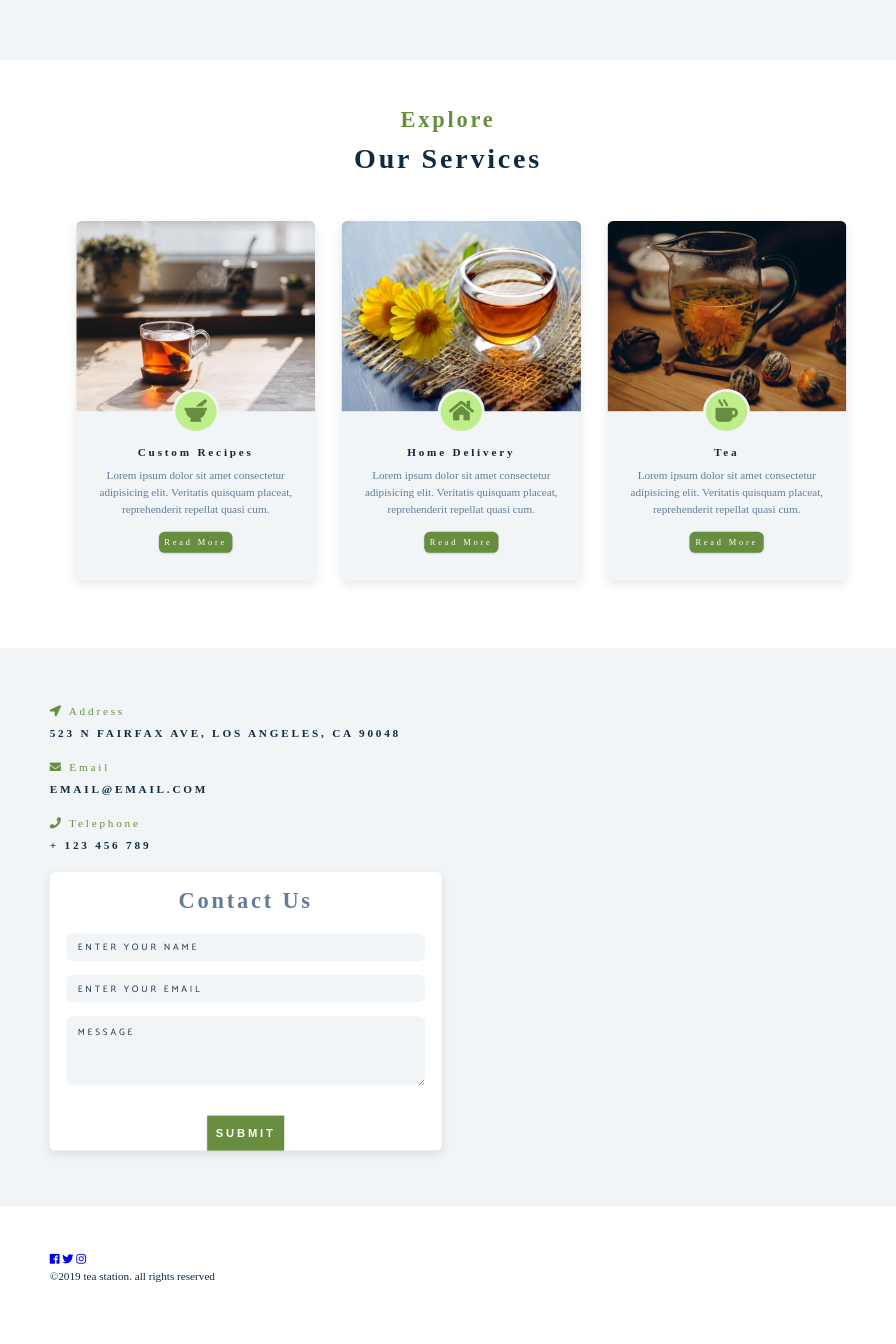
Repository: Ndifoinhilary/building_tea_site
Page: index.html
These files come from the project's save history. The page is drawn as it stood at one moment and after the next save; the edit follows.
The browser window is 1280 px wide. The pictures show the part of the page from y = 2104 to 4024 px (the page is 4024 px tall), at 70% of full size.
Backgrounds fixed to the window are drawn as part of the page. Some web fonts or font styles are not loaded; a fallback is used.

Above is the page before, as saved 2024-01-06 17:16:05.

After the next save:
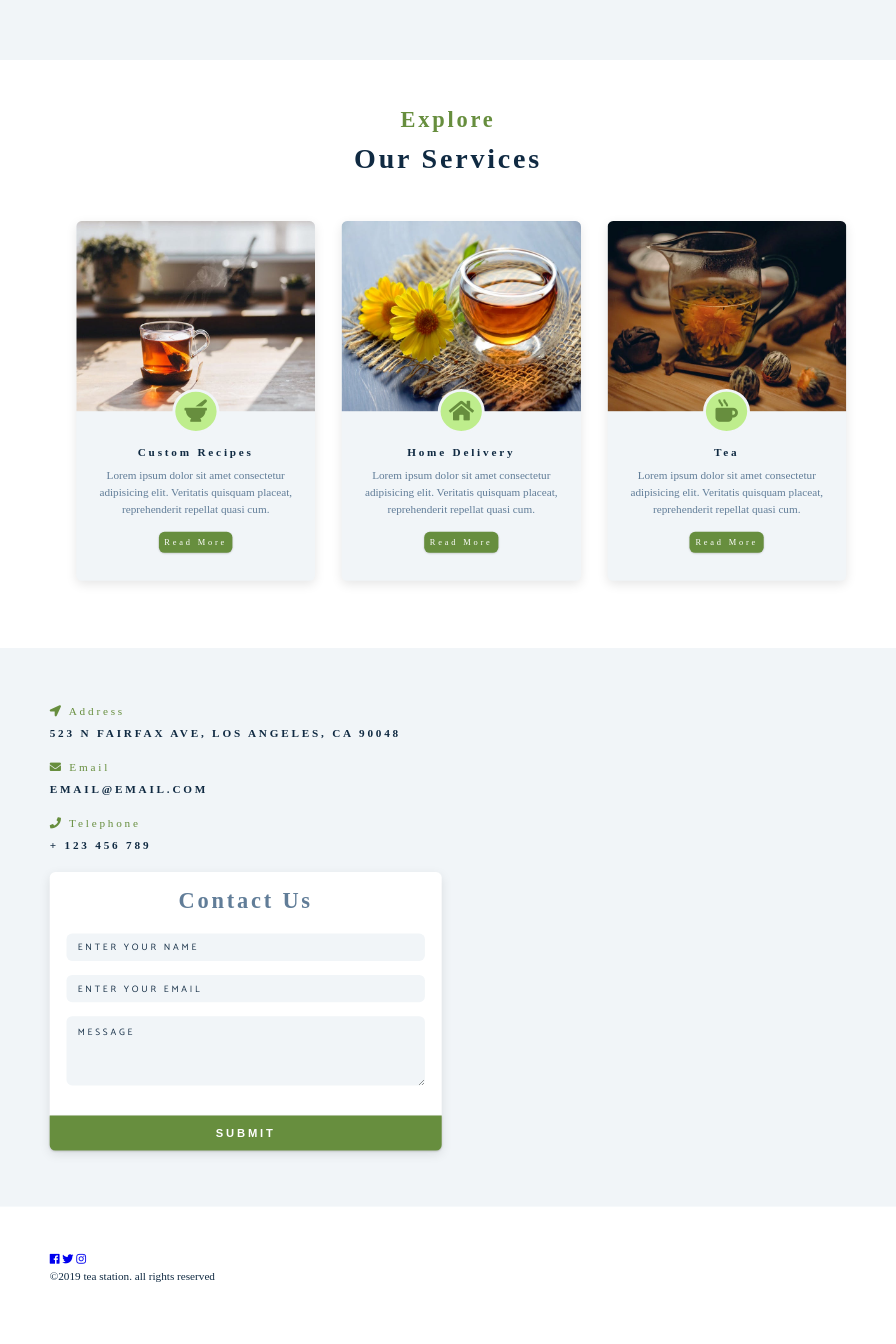
Saved 4 min 10 s later.
--- a/css/styles.css
+++ b/css/styles.css
@@ -502,3 +502,11 @@ form section
   text-transform: uppercase;
   letter-spacing: var(--spacing);
 }
+
+.submit-btn{
+  display: block;
+  width: 100%;
+  padding: 1rem;
+  border-bottom-left-radius: var(--radius);
+  border-bottom-right-radius: var(--radius);
+}
